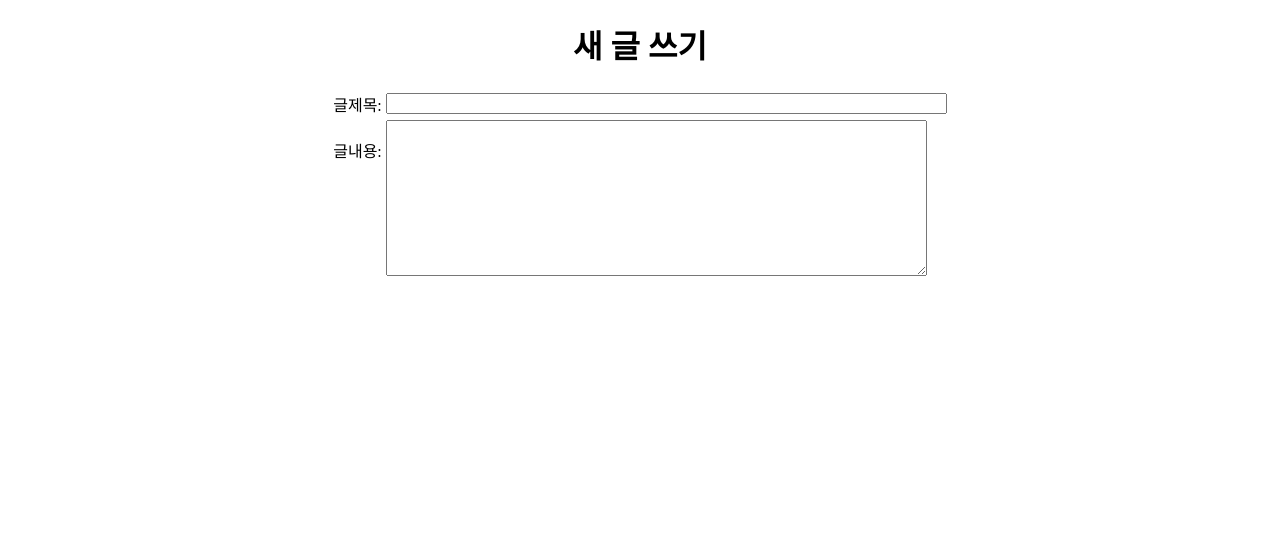
Repository: sseunghyunni/Spring
Page: http://localhost/pro17/board02/articleForm.jsp
These files come from the project's save history. The page is drawn as it stood at one moment and after the next save; the edit follows.
The browser window is 1280 px wide. The pictures show the whole page.
The page is served by Tomcat 9. Other server files are loaded and not shown.

Above is the page before, as saved 2022-08-09 06:48:56.

### pro17/src/main/webapp/board02/articleForm.jsp
<%@ page language="java" contentType="text/html; charset=UTF-8"
    pageEncoding="UTF-8" isELIgnored="false"%>
    <%@ taglib prefix="fmt" uri="http://java.sun.com/jsp/jstl/fmt"%>
    <%@ taglib prefix="c" uri="http://java.sun.com/jsp/jstl/core"%>
    <c:set var="contextPath" value="${pageContext.request.contextPath }" />
    <%
    request.setCharacterEncoding("utf-8");
    %>
<!DOCTYPE html>
<html>
<head>
<script src="http://code.jquery.com/jquery-latest.min.js"></script>
<script type="text/javascript">
function readURL(input){
	if(input.files && input.files[0]){
		var reader=new FileReader();
		reader.onload=function(e){
			$('#preview').attr('src',e.target.result);
		}
		reader.readAsDataURL(input.files[0]);
	}
}
function backToList(obj){
	obj.action = "${contextPath}/board/listArticles.do";
	obj.submit();
}
</script>
<meta charset="UTF-8">
<title>Insert title here</title>
</head>
<body>
	<h1 style="text-align:center">새 글 쓰기</h1>
	<form name="articleForm" method="post" actio="${contextPath }/board/addArticle.do"
	enctype="multipart/form-data">
	<table border="0" align="center">
	<tr>
	<td align="right">글제목:</td>
	<td colspan="2"> <input type="text" size="67" maxlength="500" name="title"/></td>
	</tr>
	<tr>
	<td align="right" valign="top"><br>글내용:</td>
	<td colspan="2"> <textarea name= "content" rows="10" cols="65" maxlength="4000"></textarea></td>
	</tr>
	<tr>
	<td align="right">
	</table>
	</form>
</body>
</html>

After the next save:
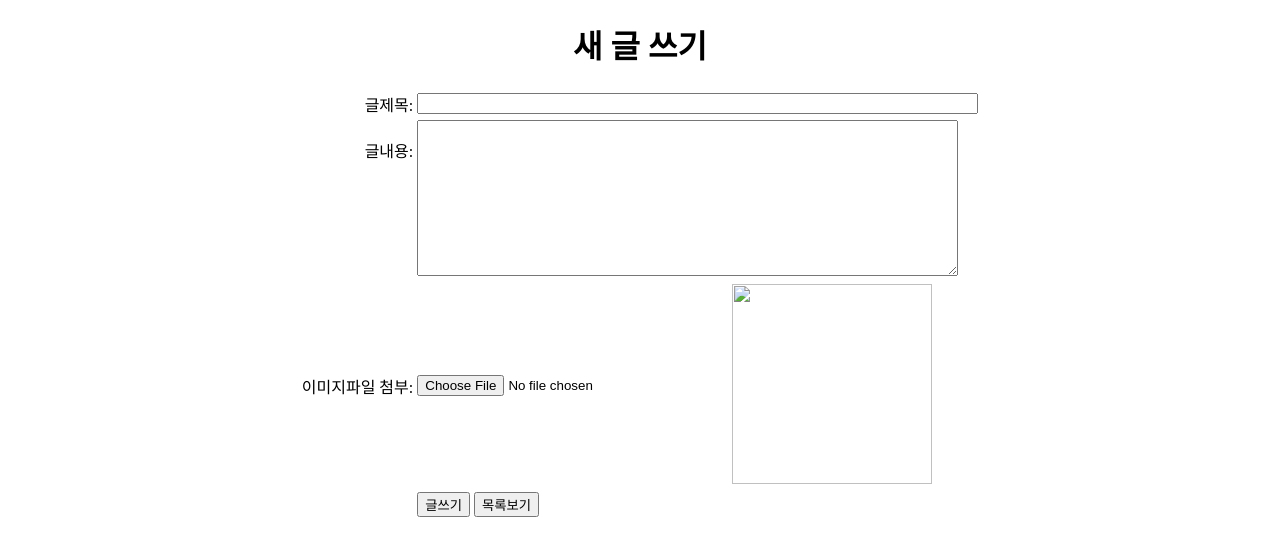
Saved 4 min 4 s later.
--- a/pro17/src/main/webapp/board02/articleForm.jsp
+++ b/pro17/src/main/webapp/board02/articleForm.jsp
@@ -42,7 +42,17 @@ function backToList(obj){
 	<td colspan="2"> <textarea name= "content" rows="10" cols="65" maxlength="4000"></textarea></td>
 	</tr>
 	<tr>
-	<td align="right">
+	<td align="right">이미지파일 첨부: </td>
+	<td><input type="file" name="imageFileName" onchange="readURL(this);"/></td>
+	<td><img id="preview" src="#" width=200 height=200/></td>
+	</tr>
+	<tr>
+	<td align ="rigth"></td>
+	<td colspan="2">
+	<input type="submit" value="글쓰기"/>
+	<input type= "button" value="목록보기" onClick="backToList(this.form)"/>
+	</td>
+	</tr>
 	</table>
 	</form>
 </body>
